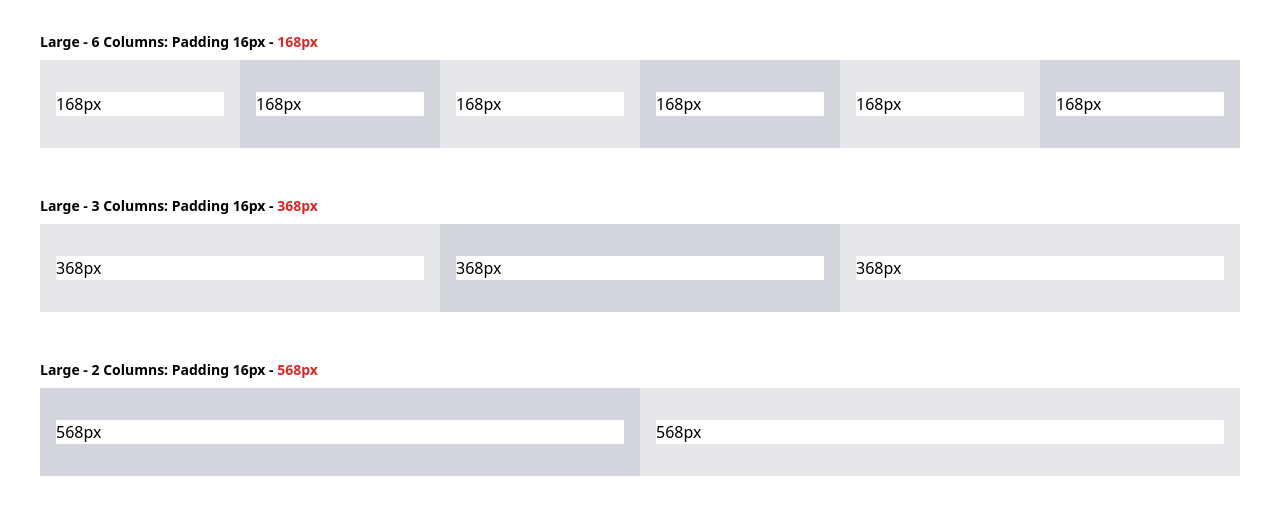
Repository: fabianwurk/vue-tailwind
Page: /
The author's editor kept a copy of each file at every save. The page is drawn from the files as they stood at one save, then again after the next save.
The browser window is 1280 px wide. The pictures show the whole page.
The project was rebuilt for these pictures with package versions that can differ from the ones it lists, and the page was loaded fresh each time. Also part of the build but not shown: vite.config.js.

Above is the page before, as saved 2021-03-16 00:00:58.

### src/App.vue
<template>
  <Tail />
  <!-- <Wind /> -->
</template>

<script setup>
import Tail from './components/Tail.vue';
// import Wind from './components/Wind.vue';

</script>

### src/components/Tail.vue
<template>
  <div>

  <div class="container mx-auto">
    <h2 class="text-sm font-bold mb-2 mt-8">Large - 6 Columns: Padding 16px - <span class="text-red-600">{{ sixCol }}</span></h2>
    <div class="flex items-center">
      <div class="w-1/6 bg-gray-200 mb-4 mt-0 py-8 px-4">
        <span class="bg-white w-full block">{{ sixCol }}</span>
      </div>
      <div class="w-1/6 bg-gray-300 mb-4 mt-0 py-8 px-4">
        <span class="bg-white w-full block">{{ sixCol }}</span>
      </div>
      <div class="w-1/6 bg-gray-200 mb-4 mt-0 py-8 px-4">
        <span class="bg-white w-full block">{{ sixCol }}</span>
      </div>
      <div class="w-1/6 bg-gray-300 mb-4 mt-0 py-8 px-4">
        <span class="bg-white w-full block">{{ sixCol }}</span>
      </div>
      <div class="w-1/6 bg-gray-200 mb-4 mt-0 py-8 px-4">
        <span class="bg-white w-full block">{{ sixCol }}</span>
      </div>
      <div class="w-1/6 bg-gray-300 mb-4 mt-0 py-8 px-4">
        <span class="bg-white w-full block">{{ sixCol }}</span>
      </div>
    </div>
  </div>

  <div class="container mx-auto">
    <h2 class="text-sm font-bold mb-2 mt-8">Large - 3 Columns: Padding 16px - <span class="text-red-600">{{ threeCol }}</span></h2>
    <div class="flex items-center">
      <div class="w-1/3 bg-gray-200 mb-4 mt-0 py-8 px-4">
        <span class="bg-white w-full block">{{ threeCol }}</span>
      </div>
      <div class="w-1/3 bg-gray-300 mb-4 mt-0 py-8 px-4">
        <span class="bg-white w-full block">{{ threeCol }}</span>
      </div>
      <div class="w-1/3 bg-gray-200 mb-4 mt-0 py-8 px-4">
        <span class="bg-white w-full block">{{ threeCol }}</span>
      </div>
    </div>
  </div>

  <div class="container mx-auto">
    <h2 class="text-sm font-bold mb-2 mt-8">Large - 2 Columns: Padding 16px - <span class="text-red-600">{{ twoCol }}</span></h2>
    <div class="flex items-center">
      <div class="w-1/2 bg-gray-300 mb-4 mt-0 py-8 px-4">
        <span class="bg-white w-full block">{{ twoCol }}</span>
      </div>
      <div class="w-1/2 bg-gray-200 mb-4 mt-0 py-8 px-4">
        <span class="bg-white w-full block">{{ twoCol }}</span>
      </div>
    </div>
  </div>

  </div>
</template>

<script>
export default {
  data() {
    return {
      sixCol: "168px",
      threeCol: "368px",
      twoCol: "568px",
    };
  },
}
</script>

### tailwind.config.js
module.exports = {
  purge: ['./index.html', './src/**/*.{vue,js,ts,jsx,tsx}'],
  darkMode: false, // or 'media' or 'class'
  theme: {
    extend: {
      screens: {
        'xl': {'min': '1200px', 'max': '1280px'},
        '2xl': {'max': '1280px'},
      },
    },
  },
  variants: {
    extend: {},
  },
  plugins: [],
}

Loaded but not shown: index.html (common file); src/main.js (common file); src/index.css (common file)

After the next save:
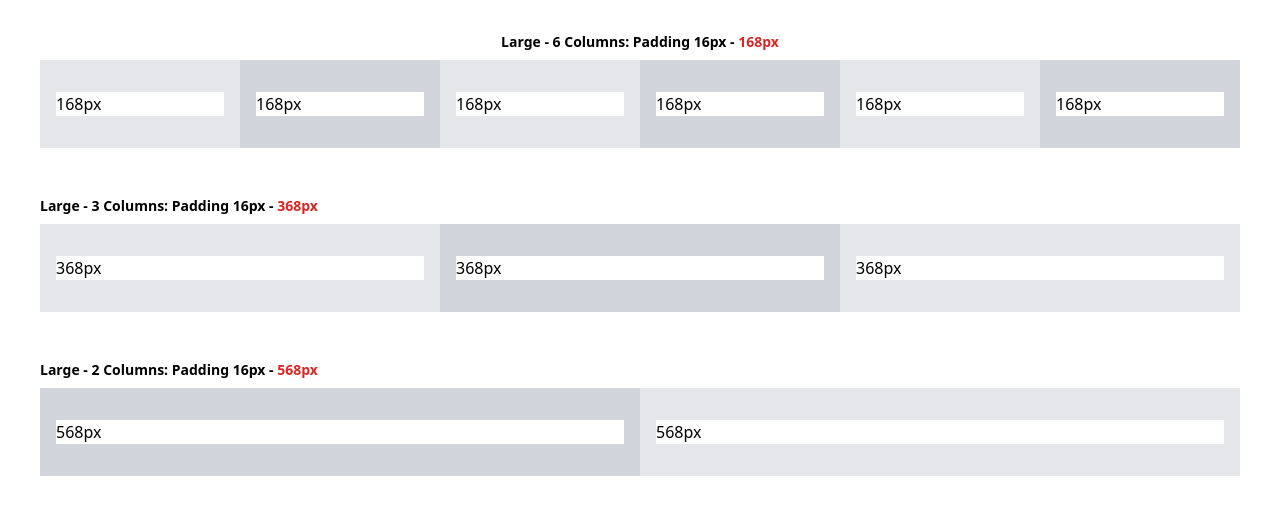
Saved 71 s later.
--- a/src/components/Tail.vue
+++ b/src/components/Tail.vue
@@ -2,7 +2,7 @@
   <div>
 
   <div class="container mx-auto">
-    <h2 class="text-sm font-bold mb-2 mt-8">Large - 6 Columns: Padding 16px - <span class="text-red-600">{{ sixCol }}</span></h2>
+    <h2 class="text-sm font-bold mb-2 mt-8 text-center">Large - 6 Columns: Padding 16px - <span class="text-red-600">{{ sixCol }}</span></h2>
     <div class="flex items-center">
       <div class="w-1/6 bg-gray-200 mb-4 mt-0 py-8 px-4">
         <span class="bg-white w-full block">{{ sixCol }}</span>
